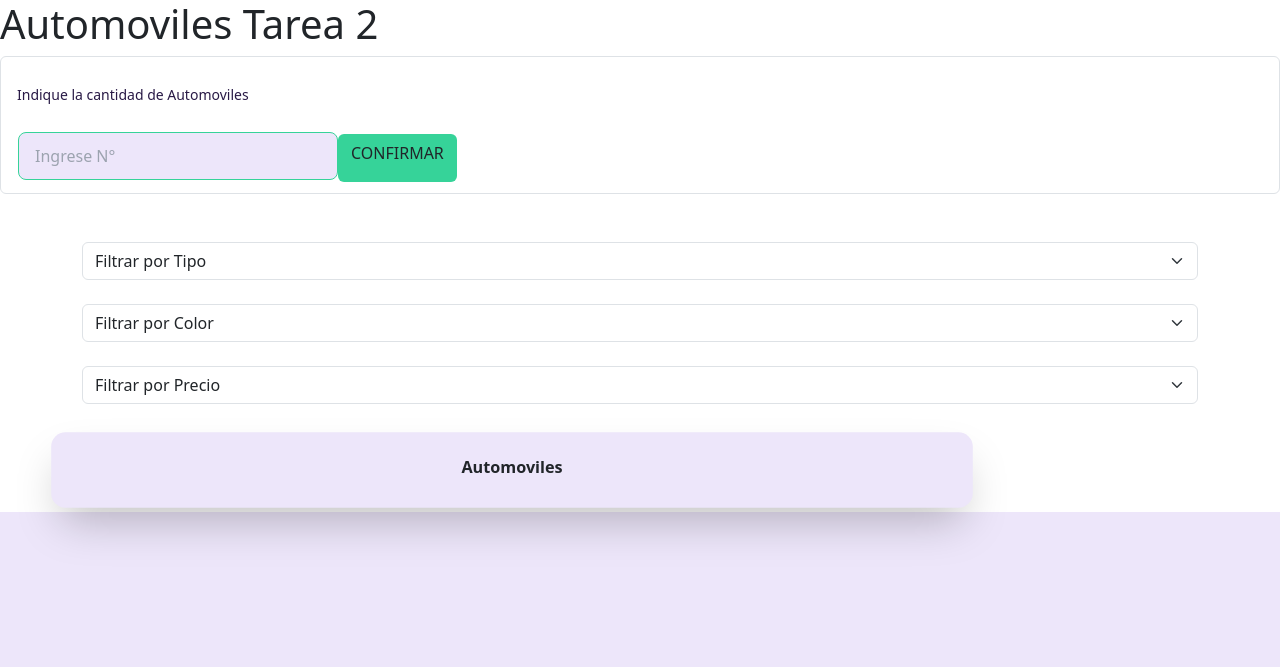
Repository: Claudioxs/Tarea2
Page: /automovil (app in FrontEnd/vue-project/)
These files come from the project's save history. The page is drawn as it stood at one moment and after the next save; the edit follows.
The browser window is 1280 px wide. The pictures show the whole page.
The project was rebuilt for these pictures with package versions that can differ from the ones it lists, and the page was loaded fresh each time. Also part of the build but not shown: FrontEnd/vue-project/vite.config.js, FrontEnd/vue-project/src/components/HelloWorld.vue.

Above is the page before, as saved 2023-05-22 23:46:42.

### FrontEnd/vue-project/src/main.js


import { createApp } from 'vue'
import App from './App.vue'
import router from './router'
import './style.css'
import 'bootstrap/dist/css/bootstrap.css'
import bootstrap from 'bootstrap/dist/js/bootstrap.bundle.js'

const app = createApp(App)

app.use(router,bootstrap)

app.mount('#app')

### FrontEnd/vue-project/src/App.vue
<script setup>
import { RouterLink, RouterView } from 'vue-router'
import HelloWorld from './components/HelloWorld.vue'
</script>

<template>

  <RouterView />
</template>

<style scoped>

</style>

### FrontEnd/vue-project/src/router/index.js
import { createRouter, createWebHistory } from 'vue-router'

import Automovil from '../views/Automovil.vue'

const router = createRouter({
  history: createWebHistory(import.meta.env.BASE_URL),
  routes: [

    {
      path: '/automovil',
      name: 'automovil',
      component: Automovil
    }
  ]
})

export default router

### FrontEnd/vue-project/src/views/Automovil.vue
<template>



<h1 >Automoviles Tarea 2</h1>

<div class="form-control ">
  <label class="label">
    <span class="label-text">Indique la cantidad de Automoviles </span>
    <br><br>

  </label>
 <div class="modal-start"  >
  <input type="number" placeholder="Ingrese N°" class="input input-bordered input-success w-full max-w-xs" />
    <label for="ModalBorrar"  @click="crearAutomovil(label-text)" class="btn" style="background-color: #36D399">Confirmar</label>
  </div>
</div>
<br><br>
<div class="container">

<select class="form-select" aria-label="Default select example" aria-expanded="false">
  <option selected>Filtrar por Tipo</option>
  <option value="1">Sedan</option>
  <option value="2">Camioneta</option>
  <option value="3">SUV</option>

</select> <br>
<select class="form-select" aria-label="Default select example">
  <option selected>Filtrar por Color</option>
  <option value="1">Rojo</option>
  <option value="2">Blanco</option>
  <option value="3">Negro</option>
  <option value="4">Azul</option>
  <option value="5">Amarillo</option>

</select> <br>
<select class="form-select" aria-label="Default select example">
  <option selected>Filtrar por Precio</option>
  <option value="1">10000000</option>
  <option value="1">20000000</option>
  <option value="2">30000000</option>

</select>
</div> <br>

<div class="modal-box w-11/12 max-w-5xl">

    <h3 class="font-bold text-lg" align="center">Automoviles</h3>



</div>




</template>

<style>
.container{
   margin-left: 5px;
   padding-right: 900px;

}
.modal-start{
padding: 5px;
}


</style>

<script>
import axios from 'axios'

export default {

  data: () => ({


  }),

  methods: {

    cearAutomovil(cant){
     axios({
       method: "GET",
       url: "http://localhost:8080/automovil/generate?cantidad="+cant,

       }).then((res) => {
        alert(
         "Automoviles creados"
        )
       }).catch((err) => console.log(err));
    },

    //filtramos por color
    filtrarColor(col){
      axios({
       method: "GET",
       url: "http://localhost:8080/automovil/buscarPorColor?color="+col,

       }).then((res) => {
        alert(
         "Periodo Añadido correctamente a asignatura"
        )
       }).catch((err) => console.log(err));
    }
   }

}

</script>

### FrontEnd/vue-project/tailwind.config.js
/** @type {import('tailwindcss').Config} */
module.exports = {
  daisyui: {
    themes: [
      {
        mytheme: {

            "primary": "#1D0027",

            "secondary": "#A181E2",

            "accent": "#37CDBE",

            "neutral": "#D9D9D9",

            "base-100": "#EDE6FA",

            "info": "#3ABFF8",

            "success": "#36D399",

            "warning": "#FBBD23",

            "error": "#F87272",
        },
      },
    ],
  },
  content: ["./index.html","./src/**/*.{vue,js,ts,jsx,tsx}"],
  theme: {
    extend: {},
  },
  plugins: [require("daisyui")],
}

Loaded but not shown: FrontEnd/vue-project/index.html (common file); FrontEnd/vue-project/src/style.css (common file)

After the next save:
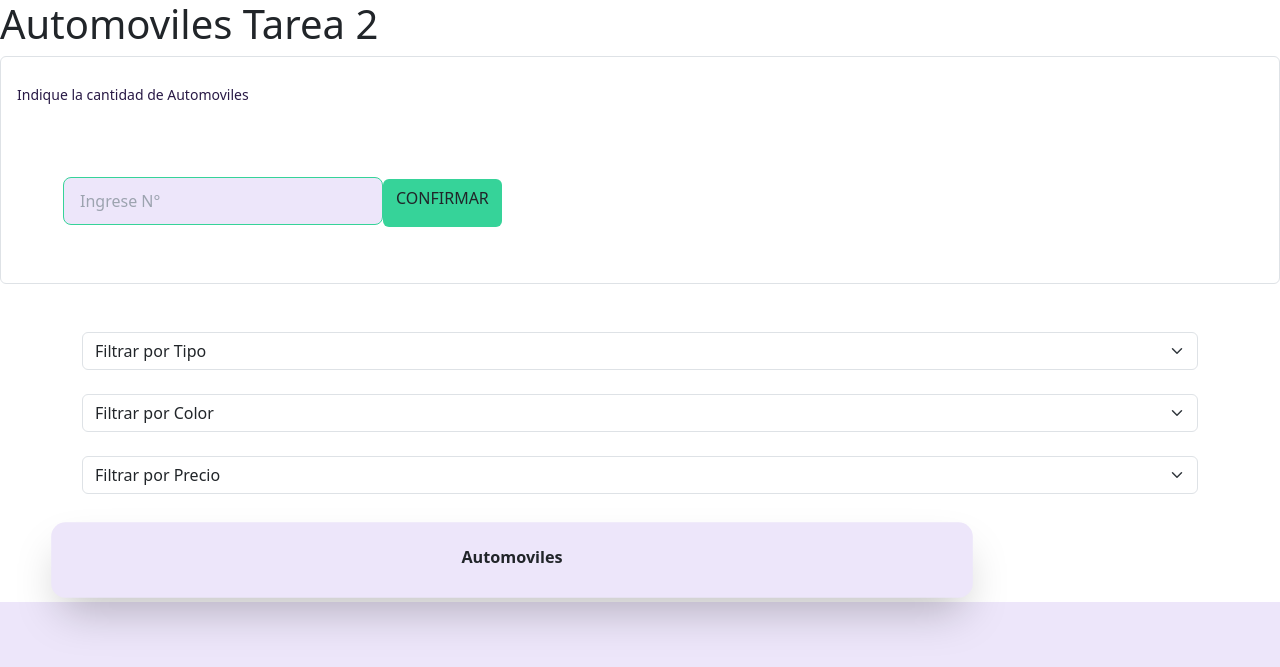
Saved 6 s later.
--- a/FrontEnd/vue-project/src/views/Automovil.vue
+++ b/FrontEnd/vue-project/src/views/Automovil.vue
@@ -63,7 +63,7 @@
 
 }
 .modal-start{
-padding: 5px;
+padding: 50px;
 }
 
 
